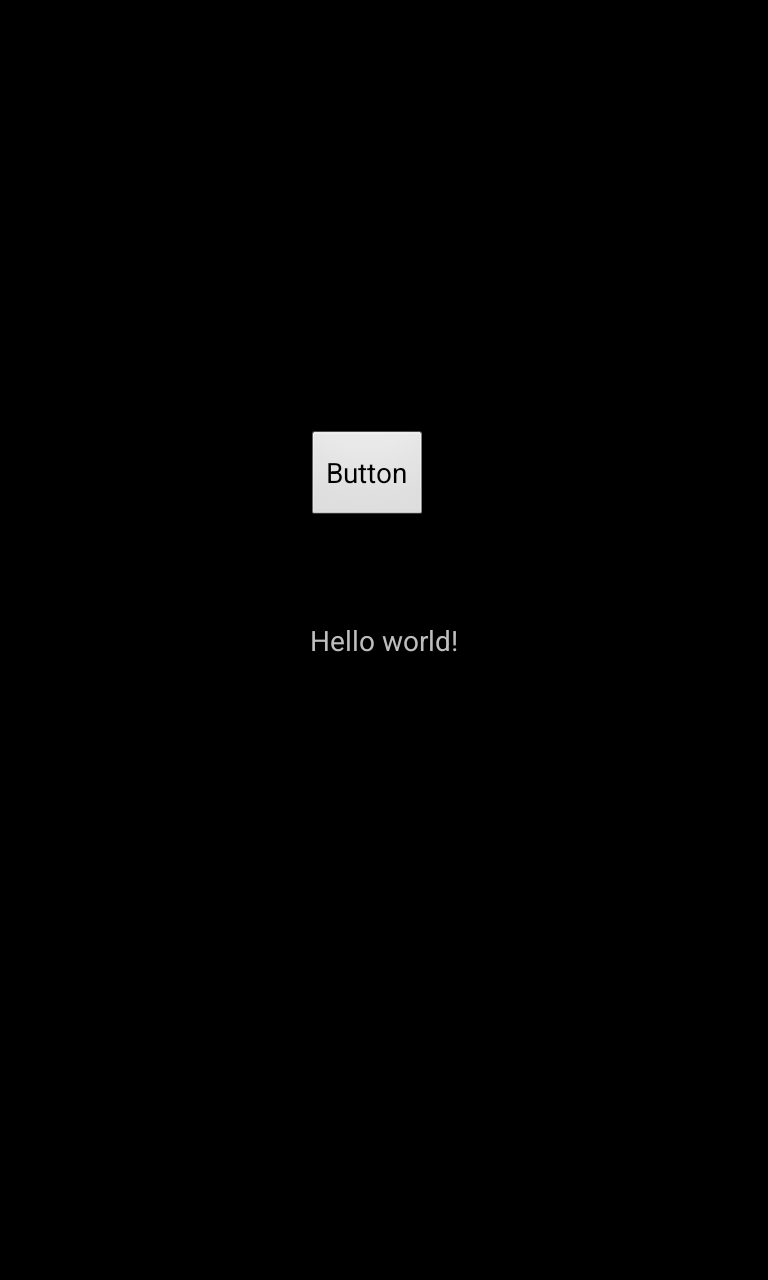
Repository: invader777/M-G
Layout: AndroidApp/res/layout/activity_main.xml
The author's editor kept a copy of each file at every save. The layout is drawn from the files as they stood at one save, then again after the next save.
It is drawn on a 768 x 1280 px phone screen (xhdpi) without system bars, with theme android:Theme; the app's code is not run.

Above is the layout before, as saved 2012-09-03 11:08:24.

### AndroidApp/res/layout/activity_main.xml
<RelativeLayout xmlns:android="http://schemas.android.com/apk/res/android"
    xmlns:tools="http://schemas.android.com/tools"
    android:layout_width="match_parent"
    android:layout_height="match_parent" >

    <TextView
        android:id="@+id/textView1"
        android:layout_width="wrap_content"
        android:layout_height="wrap_content"
        android:layout_centerHorizontal="true"
        android:layout_centerVertical="true"
        android:text="@string/hello_world"
        tools:context=".MainActivity" />

    <Button
        android:id="@+id/button1"
        android:layout_width="wrap_content"
        android:layout_height="wrap_content"
        android:layout_above="@+id/textView1"
        android:layout_alignRight="@+id/textView1"
        android:layout_marginBottom="48dp"
        android:layout_marginRight="14dp"
        android:text="Button" />

</RelativeLayout>

### AndroidApp/res/values/strings.xml
<resources>

    <string name="app_name">AndroidApp</string>
    <string name="hello_world">Hello world!</string>
    <string name="menu_settings">Settings</string>
    <string name="title_activity_main">MainActivity</string>

</resources>

After the next save:
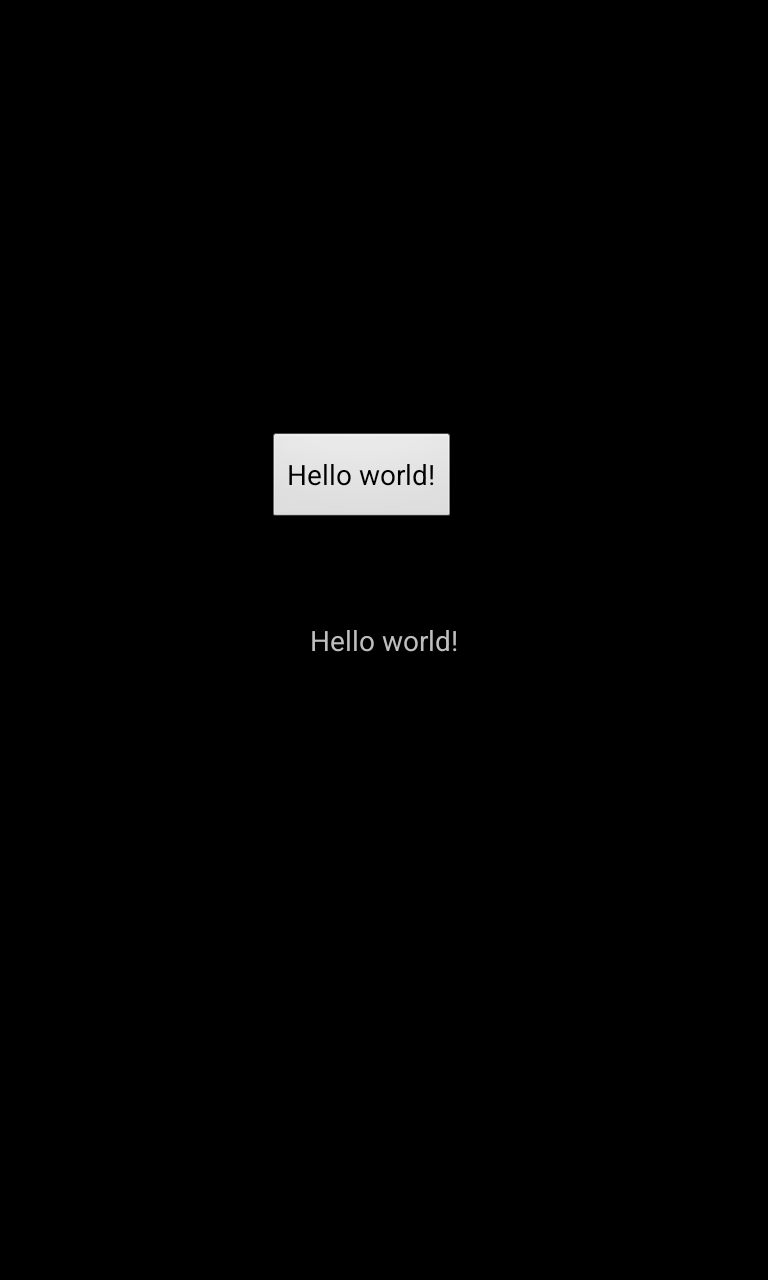
Saved 5 h 48 min later.
--- a/AndroidApp/res/layout/activity_main.xml
+++ b/AndroidApp/res/layout/activity_main.xml
@@ -18,8 +18,7 @@
         android:layout_height="wrap_content"
         android:layout_above="@+id/textView1"
         android:layout_alignRight="@+id/textView1"
-        android:layout_marginBottom="48dp"
-        android:layout_marginRight="14dp"
-        android:text="Button" />
+        android:layout_marginBottom="47dp"
+        android:text="@string/hello_world" />
 
 </RelativeLayout>
